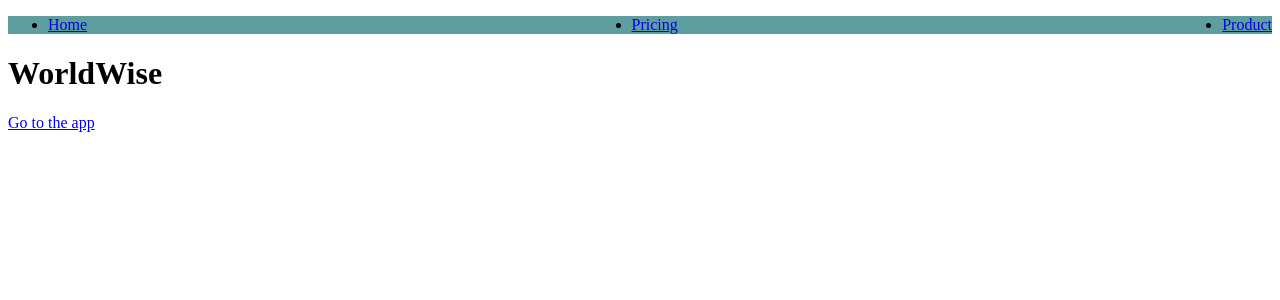
Repository: pmcalmeida/worldwise
Page: /
These files come from the project's save history. The page is drawn as it stood at one moment and after the next save; the edit follows.
The browser window is 1280 px wide. The pictures show the whole page.
The project was rebuilt for these pictures with package versions that can differ from the ones it lists, and the page was loaded fresh each time. Also part of the build but not shown: vite.config.js, src/pages/Product.jsx, src/pages/Pricing.jsx, src/pages/PageNotFound.jsx. Imported but missing from the stored project, and not drawn on this page: src/pages/AppLayout.

Above is the page before, as saved 2024-07-17 16:10:04.

### src/App.jsx
import { BrowserRouter, Route, Routes } from "react-router-dom";
import Product from "./pages/Product";
import Pricing from "./pages/Pricing";
import Home from "./pages/Home";
import PageNotFound from "./pages/PageNotFound";
import AppLayout from "./pages/AppLayout";

function App() {
  return (
    <BrowserRouter>
        <Routes>
          <Route path="/" element={<Home />}></Route>
          <Route path="product" element={<Product />}></Route>
          <Route path="pricing" element={<Pricing />}></Route>
          <Route path="app" element={<AppLayout />}></Route>
          <Route path="*" element={<PageNotFound />}></Route>
        </Routes>
      </BrowserRouter>
  )
}

export default App

### src/pages/Home.jsx
import { Link } from "react-router-dom"
import PageNav from "../components/PageNav"

function Home() {
    return (
        <div>
            <PageNav />
            <h1>WorldWise</h1>
            <Link to="/app">Go to the app</Link>
        </div>
    )
}

export default Home

### src/components/PageNav.jsx
import { NavLink } from "react-router-dom"
import styles from "./PageNav.module.css";

function PageNav() {
    return (
        <nav>
            <ul className={styles.nav}>
                <li>
                    <NavLink to="/">Home</NavLink>
                </li>
                <li>
                    <NavLink to="/pricing">Pricing</NavLink>
                </li>
                <li>
                    <NavLink to="/product">Product</NavLink>
                </li>
            </ul>
        </nav>
    )
}

export default PageNav

### src/components/PageNav.module.css
.nav {
    display: flex;
    justify-content: space-between;
    background-color: cadetblue;
}

.nav ul {
    list-style: none;
}

### src/components/AppNav.jsx
import styles from '/AppNav.module.css';

function AppNav() {
    return (
        <nav className={styles.nav}>
            App navigation
        </nav>
    )
}

export default AppNav

### src/components/AppNav.module.css
.nav {

}

Loaded but not shown: index.html (common file); src/main.jsx (common file)

After the next save:
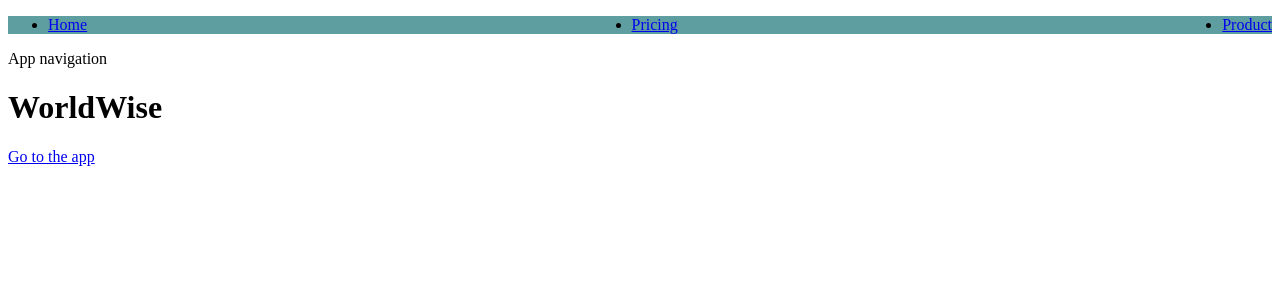
Saved 23 s later.
--- a/src/pages/Home.jsx
+++ b/src/pages/Home.jsx
@@ -1,10 +1,12 @@
 import { Link } from "react-router-dom"
 import PageNav from "../components/PageNav"
+import AppNav from "../components/AppNav"
 
 function Home() {
     return (
         <div>
             <PageNav />
+            <AppNav />
             <h1>WorldWise</h1>
             <Link to="/app">Go to the app</Link>
         </div>
